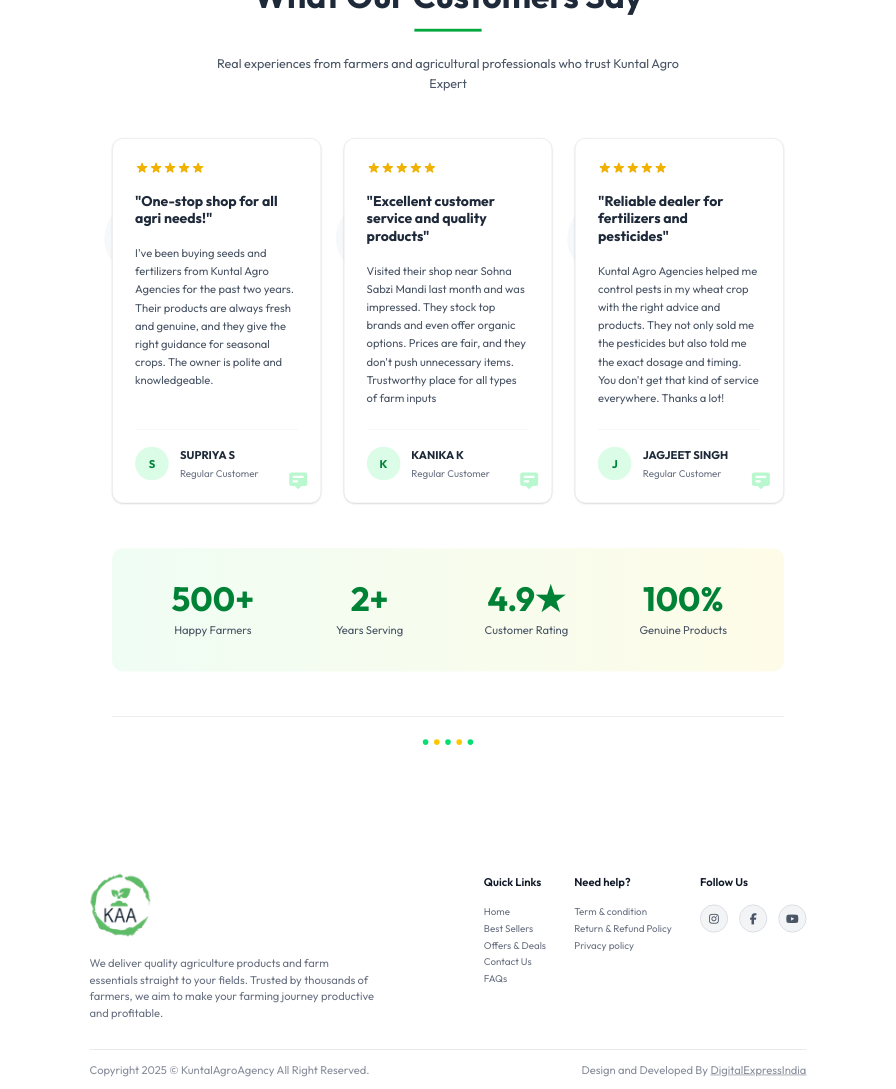
Repository: deepak445566/agro
Page: / (app in client/)
These files come from the project's save history. The page is drawn as it stood at one moment and after the next save; the edit follows.
The browser window is 1280 px wide. The pictures show the part of the page from y = 2533 to 4453 px (the page is 4089 px tall before and 4453 px after), at 70% of full size.
Pictures or frames that could not be fetched are drawn as grey boxes. The page's requests for data from a server got no answer. Some web fonts or font styles are not loaded; a fallback is used. Some web libraries are served in a nearby version. The project was rebuilt for these pictures with package versions that can differ from the ones it lists, and the page was loaded fresh each time. No one was signed in, and anything a server would have sent is missing. Also part of the build but not shown: client/vite.config.js, client/src/components/ProductCard.jsx, client/src/components/BottomBanner.jsx, client/src/components/NewsLetter.jsx, client/src/components/Login.jsx, client/src/pages/AllProduct.jsx, client/src/pages/Productcato.jsx, client/src/pages/ProductDetail.jsx and 13 more.

Above is the page before, as saved 2025-12-23 14:26:45.

After the next save:
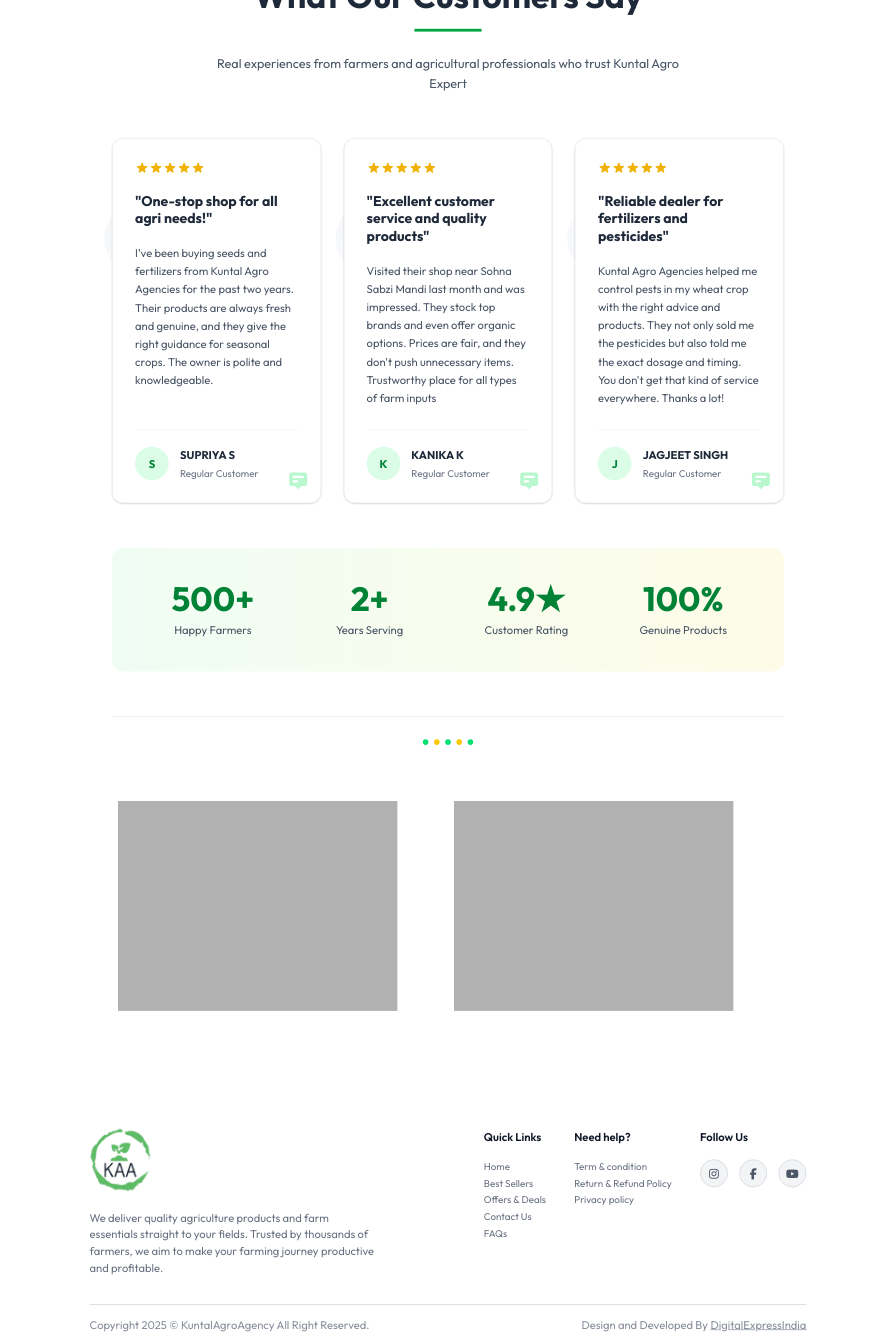
Saved 35 s later.
--- a/client/src/pages/Home.jsx
+++ b/client/src/pages/Home.jsx
@@ -9,6 +9,7 @@
 import Reviews from '../components/Reviews'
 import Categories from '../components/Categories'
 import FloatingButtons from '../components/FloatingButtons'
+import Brands from '../components/Brands'
 
 export default function() {
   return (
@@ -19,6 +20,7 @@
     <BestSeller/>
     <OurStory/>
    <Reviews/>
+   <Brands/>
   <FloatingButtons/>
    </div>
    </>
